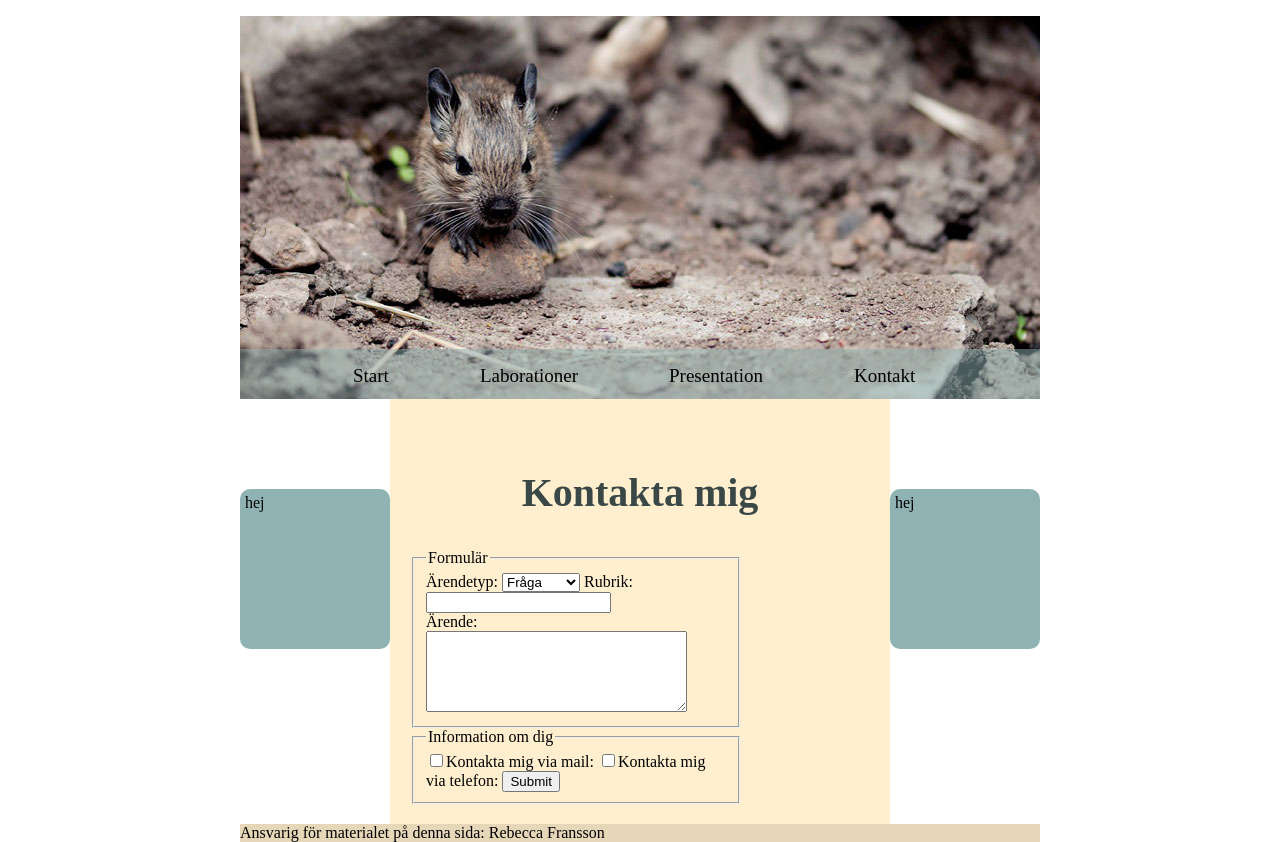
Repository: RebeccaFransson/Interfacedevelopment-1IK415
Page: pages/kontakt.html
The author's editor kept a record of every edit. The page is drawn from the files as they stood at one moment, then again after the next edit.
The browser window is 1280 px wide. The pictures show the whole page.

Above is the page before.

After the next edit:
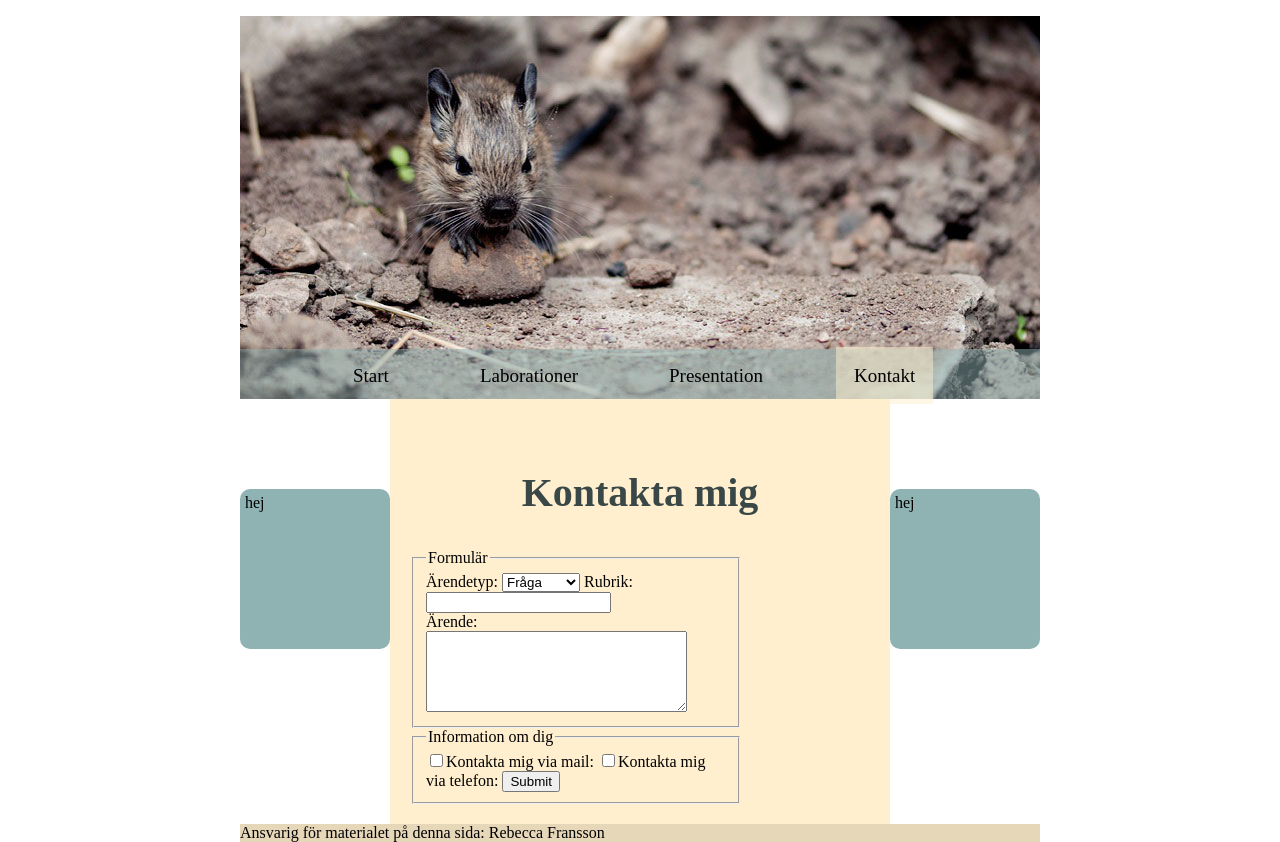
The edit:
--- a/pages/kontakt.html
+++ b/pages/kontakt.html
@@ -17,7 +17,7 @@
       <li><a href="../index.html">Start</a> </li>  <!-- ../ gör att jag kommer ut till mappen ovan.-->
       <li><a href="laborationer.html">Laborationer</a> </li>
       <li><a href="presentation.html">Presentation</a> </li>
-      <li><a href="kontakt.html">Kontakt</a> </li>
+      <li><a class="active" href="kontakt.html">Kontakt</a> </li>
      </ul>
    </div>
 
